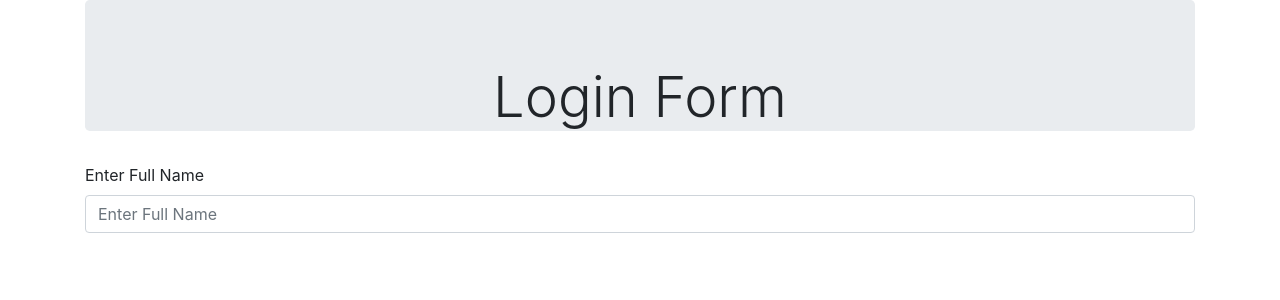
Repository: amar468S/Ng-templateDrivenForm
Page: /
An editor plug-in stored every save of this project. The page is shown before and after the next save, followed by the edit.
The browser window is 1280 px wide. The pictures show the whole page.
Some web libraries are served in a nearby version. The project was rebuilt for these pictures with package versions that can differ from the ones it lists, and the page was loaded fresh each time. Also part of the build but not shown: angular.json.

Above is the page before, as saved 2019-02-03 15:44:17.

After the next save:
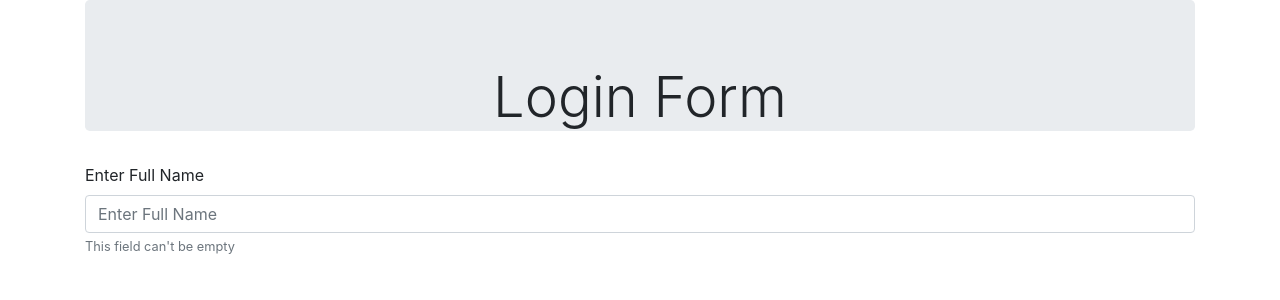
Saved 92 s later.
--- a/src/app/app.component.html
+++ b/src/app/app.component.html
@@ -4,10 +4,11 @@
     </div>
 
   <form>
-    <div class="form-group">
-      <label>Enter Full Name</label>
-      <input type="text" placeholder="Enter Full Name" class="form-control">
-    </div>
+      <div class="form-group">
+          <label>Enter Full Name</label>
+          <input type="text" class="form-control" placeholder="Enter Full Name">
+          <small class="form-text text-muted">This field can't be empty</small>
+        </div>
   </form>
 
 </div>
